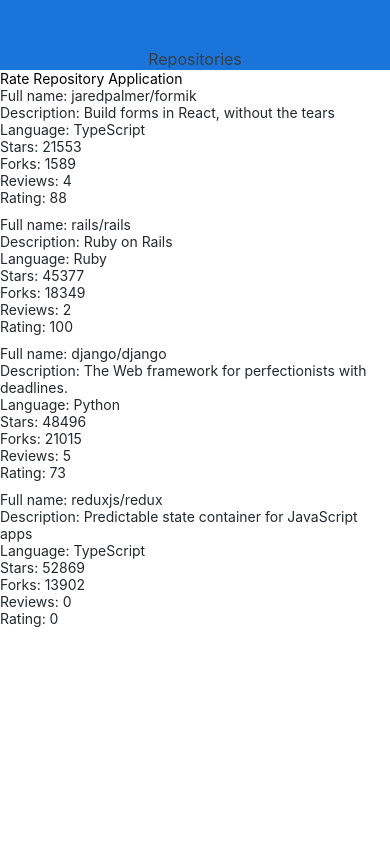
Repository: OrmeSile/react-native-FSO
Screen: / (app in rate-repository-app/)
An editor plug-in stored every save of this project. The screen is shown before and after a run of saves, followed by the edit.
The app was drawn by React Native's web renderer in a window 390 px wide. The project was rebuilt for these pictures with package versions that can differ from the ones it lists, and the page was loaded fresh each time. Some packages were replaced by stand-ins written for this rebuild.

Above is the screen before, as saved 2022-05-15 16:40:33.

After the next 2 saves:
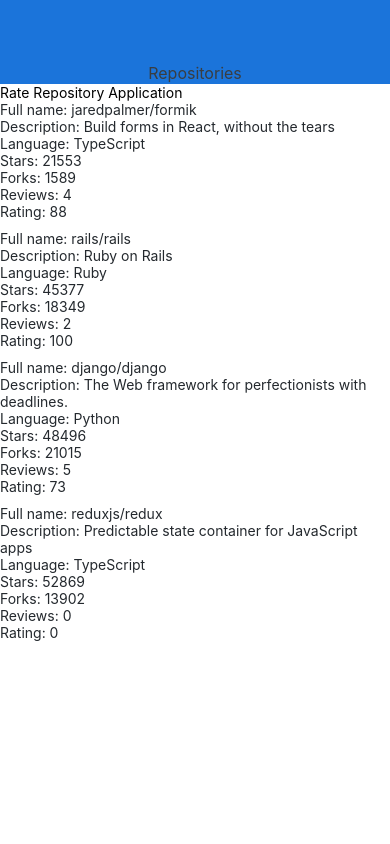
The 2 saves are shown as one change because they came seconds apart.
The last was saved 25 s later.
--- a/rate-repository-app/src/components/AppBar.jsx
+++ b/rate-repository-app/src/components/AppBar.jsx
@@ -6,7 +6,7 @@
 const styles = StyleSheet.create({
   container: {
     paddingTop: Constants.statusBarHeight,
-    height: 70,
+    height: '10%',
     backgroundColor: theme.colors.appBarBackgroundColor,
     opacity: 0.9,
     display: 'flex',
